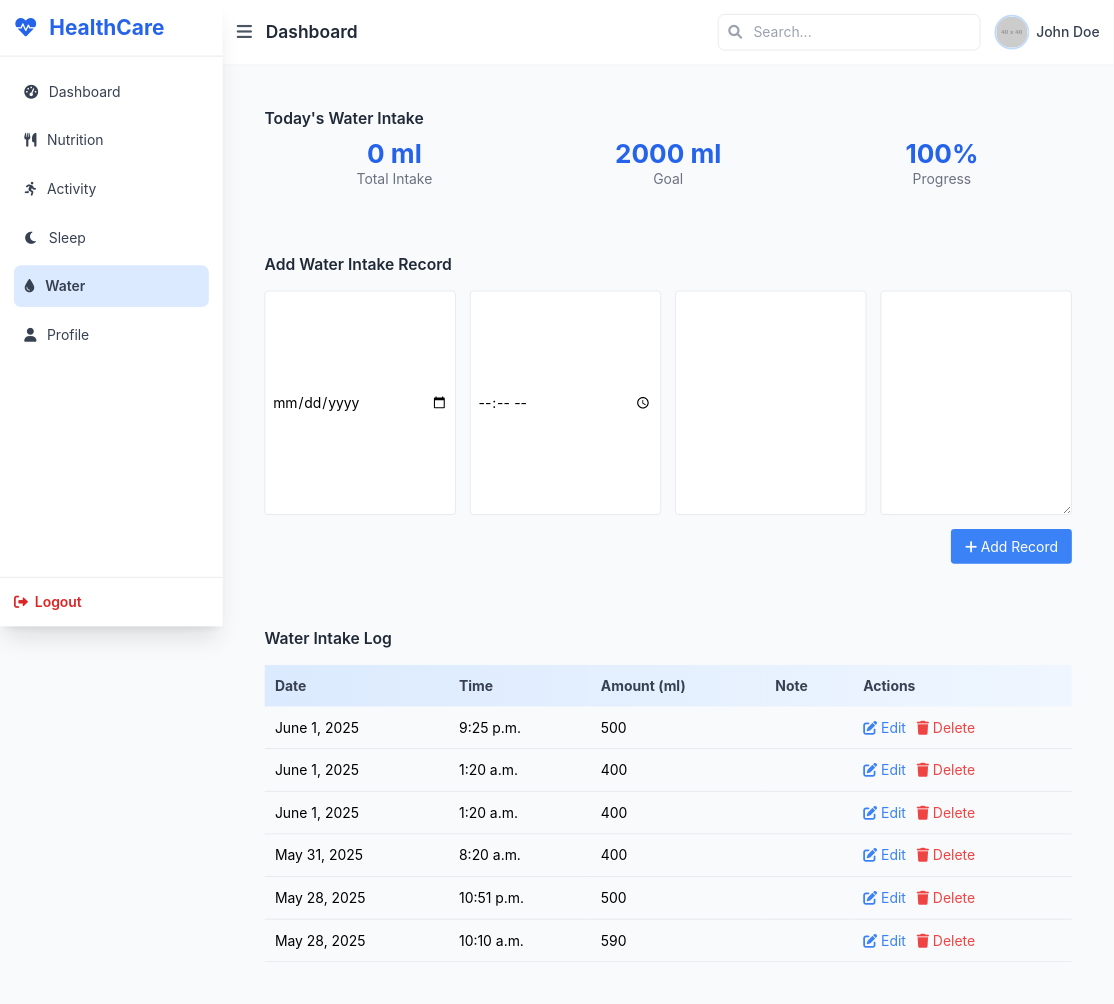
Repository: Khank2104/Khank
Page: http://localhost/water_intake/
The author's editor kept a copy of each file at every save. The page is drawn from the files as they stood at one save, then again after the next save.
The browser window is 1280 px wide. The pictures show the whole page, at 87% of full size.
Some web libraries are served in a nearby version. The page is served by the project's application, run on Django 5.2 (manage.py). The first stored user is signed in. Other server files are loaded and not shown. The page reads the database file committed with the project.

Above is the page before, as saved 2025-05-18 15:05:37.

### main/templatetags/form_filters.py
from django import template

register = template.Library()

@register.filter(name='add_class')
def add_class(field, css_class):
    try:
        return field.as_widget(attrs={"class": css_class})
    except AttributeError:
        return field  # fallback nếu field không có .as_widget

### main/templates/main/water_intake.html
{% extends 'main/base.html' %}
{% load form_filters %}
{% block title %}Nước uống{% endblock %}

{% block content %}
<!-- Tổng nước uống hôm nay -->
<div class="card p-6 rounded-lg mb-6">
    <h3 class="text-lg font-semibold text-gray-800 mb-2">Today's Water Intake</h3>
    <div class="grid grid-cols-2 md:grid-cols-3 text-center gap-4">
        <div>
            <p class="text-3xl font-bold text-blue-600">{{ total_today }} ml</p>
            <p class="text-gray-500">Total Intake</p>
        </div>
        <div>
            <p class="text-3xl font-bold text-blue-600">{{ goal_ml }} ml</p>
            <p class="text-gray-500">Goal</p>
        </div>
        <div>
            <p class="text-3xl font-bold text-blue-600">{{ total_today|divisibleby:goal_ml|yesno:"100,0" }}%</p>
            <p class="text-gray-500">Progress</p>
        </div>
    </div>
</div>

<!-- Add Water Intake Form -->
<div class="card p-6 rounded-lg mb-6">
    <h3 class="text-lg font-semibold text-gray-800 mb-4">Add Water Intake Record</h3>
    <form method="POST" class="grid grid-cols-1 md:grid-cols-4 gap-4">
        {% csrf_token %}
        {{ form.date|add_class:"w-full p-2 border rounded" }}
        {{ form.time|add_class:"w-full p-2 border rounded" }}
        {{ form.amount_ml|add_class:"w-full p-2 border rounded" }}
        {{ form.note|add_class:"w-full p-2 border rounded" }}
        <div class="md:col-span-4 flex justify-end">
            <button type="submit" class="bg-blue-500 text-white px-4 py-2 rounded hover:bg-blue-600">
                <i class="fas fa-plus mr-1"></i>Add Record
            </button>
        </div>
    </form>
</div>

<!-- Water Intake Log -->
<div class="card p-6 rounded-lg">
    <h3 class="text-lg font-semibold text-gray-800 mb-4">Water Intake Log</h3>
    <div class="overflow-x-auto">
        <table class="w-full text-left">
            <thead class="bg-gradient-to-r from-blue-100 to-blue-50">
                <tr>
                    <th class="p-3 text-gray-700">Date</th>
                    <th class="p-3 text-gray-700">Time</th>
                    <th class="p-3 text-gray-700">Amount (ml)</th>
                    <th class="p-3 text-gray-700">Note</th>
                    <th class="p-3 text-gray-700">Actions</th>
                </tr>
            </thead>
            <tbody>
                {% for entry in entries %}
                <tr class="border-b">
                    <td class="p-3">{{ entry.date }}</td>
                    <td class="p-3">{{ entry.time }}</td>
                    <td class="p-3">{{ entry.amount_ml }}</td>
                    <td class="p-3">{{ entry.note }}</td>
                    <td class="p-3">
                        <a href="{% url 'edit_water' entry.id %}" class="text-blue-500 hover:text-blue-700 mr-2">
                            <i class="fas fa-edit"></i> Edit</a>
                        <a href="{% url 'delete_water' entry.id %}" class="text-red-500 hover:text-red-700">
                            <i class="fas fa-trash"></i> Delete</a>
                    </td>
                </tr>
                {% empty %}
                <tr><td colspan="5" class="p-3 text-gray-500">No records found.</td></tr>
                {% endfor %}
            </tbody>
        </table>
    </div>
</div>

{% endblock %}

### accounts/models.py
from django.contrib.auth.models import AbstractUser
from django.db import models

class User(AbstractUser):
    email = models.EmailField(unique=True)

    USERNAME_FIELD = 'email'
    REQUIRED_FIELDS = ['username']

    date_of_birth = models.DateField(null=True, blank=True)
    height_cm = models.FloatField(null=True, blank=True)
    weight_kg = models.FloatField(null=True, blank=True)
    gender = models.CharField(
        max_length=10,
        choices=[('male', 'Nam'), ('female', 'Nữ')],
        null=True,
        blank=True
    )

    @property
    def bmi(self):
        if self.height_cm and self.weight_kg:
            height_m = self.height_cm / 100
            return round(self.weight_kg / (height_m ** 2), 1)
        return None

### hydration/forms.py
from django import forms
from .models import WaterIntake

class WaterIntakeForm(forms.ModelForm):
    class Meta:
        model = WaterIntake
        fields = ['date', 'time', 'amount_ml', 'note']
        widgets = {
            'date': forms.DateInput(attrs={'type': 'date'}),
            'time': forms.TimeInput(attrs={'type': 'time'}),
        }

### hydration/models.py
from django.db import models
from django.conf import settings

class WaterIntake(models.Model):
    user = models.ForeignKey(settings.AUTH_USER_MODEL, on_delete=models.CASCADE)
    date = models.DateField()
    time = models.TimeField()
    amount_ml = models.PositiveIntegerField()
    note = models.TextField(blank=True)

    def __str__(self):
        return f"{self.user.email} - {self.date} {self.time} - {self.amount_ml}ml"

### healthcare/urls.py
"""
URL configuration for healthcare project.

The `urlpatterns` list routes URLs to views. For more information please see:
    https://docs.djangoproject.com/en/5.2/topics/http/urls/
Examples:
Function views
    1. Add an import:  from my_app import views
    2. Add a URL to urlpatterns:  path('', views.home, name='home')
Class-based views
    1. Add an import:  from other_app.views import Home
    2. Add a URL to urlpatterns:  path('', Home.as_view(), name='home')
Including another URLconf
    1. Import the include() function: from django.urls import include, path
    2. Add a URL to urlpatterns:  path('blog/', include('blog.urls'))
"""

from django.contrib import admin
from django.urls import path, include


urlpatterns = [
    path('', include('main.urls')),  # Điều hướng chính
    path('admin/', admin.site.urls),

]

### main/urls.py
from django.urls import path
from . import views

from django.urls import path
from . import views
from django.contrib.auth.views import LogoutView
urlpatterns = [
    path('', views.dashboard, name='dashboard'),  # Trang mặc định sau đăng nhập
    path('index/', views.index, name='index'),    # Trang landing (giới thiệu, landing page)
    path('activity/', views.activity, name='activity'),
    path('generate_meal_plan/', views.generate_meal_plan, name='generate_meal_plan'),
    path('generate_exercises/', views.generate_exercises, name='generate_exercises'),
    path('nutrition/', views.nutrition, name='nutrition'),
    path('sleep/', views.sleep, name='sleep'),
    path('water_intake/', views.water_intake, name='water_intake'),
    path('profile/', views.profile, name='profile'),
    path('authenticate/', views.authenticate_view, name='authenticate'),
    path('about/', views.about, name='about'),
    path('service/', views.service, name='service'),
    path('contact/', views.contact, name='contact'),
     path('logout/', LogoutView.as_view(next_page='/authenticate/'), name='logout'),
     path('signup/', views.signup_view, name='signup'),
    path('save_plan/', views.save_meal_plan, name='save_meal_plan'),
    path('nutrition/edit/<int:entry_id>/', views.edit_food_entry, name='edit_food_entry'),
    path('nutrition/delete/<int:entry_id>/', views.delete_food_entry, name='delete_food_entry'),
    path('save_exercise_plan/', views.save_exercise_plan, name='save_exercise_plan'),
    path('activity/edit/<int:activity_id>/', views.edit_activity, name='edit_activity'),
    path('activity/delete/<int:activity_id>/', views.delete_activity, name='delete_activity'),
    path('sleep/edit/<int:pk>/', views.edit_sleep, name='edit_sleep'),
    path('sleep/delete/<int:pk>/', views.delete_sleep, name='delete_sleep'),
    path('edit/<int:pk>/', views.edit_water_intake, name='edit_water'),
    path('delete/<int:pk>/', views.delete_water_intake, name='delete_water'),
]

### nutrition/forms.py
from django import forms
from .models import FoodEntry

GOAL_CHOICES = [
    ('weight_loss', 'Weight Loss'),
    ('muscle_gain', 'Muscle Gain'),
    ('maintenance', 'Maintenance'),
    ('energy', 'Improve Energy'),
]

class GoalSelectionForm(forms.Form):
    goal_type = forms.ChoiceField(choices=GOAL_CHOICES, label='Health Goal')

    # Các trường còn lại để readonly (không required)
    calorie_target = forms.IntegerField(label='Daily Calorie Target (kcal)', required=False)
    carbs = forms.IntegerField(label='Carbohydrates (g)', required=False)
    protein = forms.IntegerField(label='Protein (g)', required=False)
    fat = forms.IntegerField(label='Fat (g)', required=False)


class FoodEntryForm(forms.ModelForm):
    class Meta:
        model = FoodEntry
        fields = ['meal_type', 'food_name', 'calories', 'carbs', 'protein', 'fat', 'date']
        widgets = {
            'date': forms.DateInput(attrs={'type': 'date'}),
            'meal_type': forms.Select(attrs={'class': 'w-full p-2 border rounded'}),
            'food_name': forms.TextInput(attrs={'class': 'w-full p-2 border rounded'}),
            'calories': forms.NumberInput(attrs={'class': 'w-full p-2 border rounded'}),
            'carbs': forms.NumberInput(attrs={'class': 'w-full p-2 border rounded'}),
            'protein': forms.NumberInput(attrs={'class': 'w-full p-2 border rounded'}),
            'fat': forms.NumberInput(attrs={'class': 'w-full p-2 border rounded'}),
        }

### main/static/css/styles.css
body {
    font-family: "Inter", sans-serif;
}

.sidebar {
    transition: transform 0.3s ease;
    transform: translateX(0);
}

.sidebar-hidden {
    transform: translateX(-100%);
}

.main-content {
    transition: margin-left 0.3s ease;
}

.nutrition-chart-container {
    position: relative;
    height: 200px;
    width: 200px;
}

.card {
    transition: transform 0.3s ease, box-shadow 0.3s ease;
}

.card:hover {
    transform: translateY(-5px);
    box-shadow: 0 10px 20px rgba(0, 0, 0, 0.1);
}

.gradient-bg {
    background: linear-gradient(135deg, #3b82f6, #60a5fa);
}
.progress-circle {
    position: relative;
    width: 120px;
    height: 120px;
    margin: 0 auto;
}
.progress-circle svg {
    transform: rotate(-90deg);
}
.progress-circle .circle-bg {
    fill: none;
    stroke: #e5e7eb;
    stroke-width: 10;
}
.progress-circle .circle {
    fill: none;
    stroke: #38bdf8;
    stroke-width: 10;
    stroke-linecap: round;
    stroke-dasharray: 314;
    stroke-dashoffset: 0;
    transition: stroke-dashoffset 0.5s ease;
}
.progress-circle .text {
    position: absolute;
    top: 50%;
    left: 50%;
    transform: translate(-50%, -50%);
    font-size: 1.5rem;
    font-weight: bold;
    color: #1e40af;
}
@media (max-width: 768px) {
    .sidebar {
        transform: translateX(-100%);
    }

    .sidebar-hidden {
        transform: translateX(-100%);
    }

    .sidebar:not(.sidebar-hidden) {
        transform: translateX(0);
    }

    .main-content {
        margin-left: 0 !important;
    }
}

.chart-container {
    position: relative;
    height: 300px;
}

### db.sqlite3 (the tables this page reads, as SQL)
CREATE TABLE "accounts_user" ("id" integer NOT NULL PRIMARY KEY AUTOINCREMENT, "password" varchar(128) NOT NULL, "last_login" datetime NULL, "is_superuser" bool NOT NULL, "username" varchar(150) NOT NULL UNIQUE, "first_name" varchar(150) NOT NULL, "last_name" varchar(150) NOT NULL, "is_staff" bool NOT NULL, "is_active" bool NOT NULL, "date_joined" datetime NOT NULL, "date_of_birth" date NULL, "height_cm" real NULL, "weight_kg" real NULL, "gender" varchar(10) NULL, "email" varchar(254) NOT NULL UNIQUE, "last_weight_update" date NULL);
INSERT INTO "accounts_user" VALUES
(1, 'pbkdf2_sha256$1000000$89Nfag4CzvaoSIYnkGKqeh$k6QK25u3SlKRuifElngOElyH8S2tV/NwaGY9JKVfLUc=', '2025-06-03 11:11:44.468077', 1, 'admin', 'admin', 'admin', 1, 1, '2025-05-17 06:22:47.186972', '1994-12-12', 170.0, 70.0, 'male', 'admin@gmail.com', NULL),
(2, 'pbkdf2_sha256$1000000$KhZjVpHFrdMJ07XPteB4bX$SYqnBSLvU8hlZeWscY4M6WAyuxn2LRkAWmxr7Bxdqc8=', '2025-05-18 16:00:04.813906', 0, 'khanh', 'nguyen', 'Khanh', 0, 1, '2025-05-17 20:26:37.598070', '1994-12-12', 170.0, 60.0, 'male', 'khanh@gmail.com', NULL),
(3, 'pbkdf2_sha256$1000000$isnIHZgWomAYekvJXPzwIb$olWZcaqmkukywDyD0G8BSDYcML+y1iff+F+SE7zy7ng=', '2025-05-18 15:08:22.650568', 0, 'hung', 'hung', 'hung', 0, 1, '2025-05-18 15:08:21.751547', '2002-09-10', 170.0, 60.0, 'male', 'hung@gmail.com', NULL),
(4, 'pbkdf2_sha256$1000000$DYlPa6VoLDIWjPlEWTdr8Z$yGGaOo86K16G++DEyGq3MrLTWD8nsj6julzhztAUZmU=', '2025-05-18 15:21:08.871498', 0, 'tin', 'tin', 'nguyen', 0, 1, '2025-05-18 15:19:35.423499', '1991-09-10', 170.0, 70.0, 'male', 'tin@gmail.com', NULL),
(5, 'pbkdf2_sha256$1000000$pNa38njcJTdTWCqLpasV3G$bJluGPZ1ZHa/AOC56Yk7O0zsc6+lITcqc88lK7fI2c4=', '2025-05-18 15:44:30.583935', 0, 'khang', 'khang', 'nguyen', 0, 1, '2025-05-18 15:44:30.169527', '2001-09-02', 170.0, 56.0, 'male', 'khang@gmail.com', NULL),
(6, 'pbkdf2_sha256$1000000$NbDcqMi72pvjHB5sd7FEVR$q1yT0kZJN3+p1ukOy7WRVtTV/iO4J1Imh+5xgd1GNaM=', '2025-06-03 13:42:24.536930', 0, 'Khank', 'khánh', 'Nguyễn', 0, 1, '2025-05-18 16:45:23.822279', '2004-04-21', 170.0, 55.0, 'male', 'nnkhanh159@gmail.com', NULL),
(7, 'pbkdf2_sha256$1000000$wLqZVnfa3k81ZQL3SsTair$b0bxNBgp3Bhz3RqxZYlHQ+4kH7gkseEq018ek/YBdII=', '2025-05-20 01:47:28.976001', 0, 'tinthanh', 'tin', 'thanh', 0, 1, '2025-05-20 01:47:28.621010', '2004-09-22', 170.0, 70.0, 'male', 'tin123@gmail.com', NULL),
(8, 'pbkdf2_sha256$1000000$iGPZXDTAW8CunOpDd9vVkm$S5uflzA96nnqsNGCf9YZTrtJJbj04XZh+NLf4Ai6Izo=', '2025-05-20 02:45:31.633477', 0, 'khank', 'khank', 'nguyen', 0, 1, '2025-05-20 02:45:31.288118', '2004-04-21', 170.0, 54.5, 'male', 'khank@gmail.com', '2025-05-21'),
(9, 'pbkdf2_sha256$1000000$QVzsIC1WBJaD9UzpYBIn8K$rbTf++F5mdUwlg+DKRIK5Enkx3OsfMNbR+7JjFZl5I0=', '2025-05-29 04:02:34.226480', 0, 'huy', 'huy', 'quoc', 0, 1, '2025-05-29 04:02:33.839614', '2004-04-21', 170.0, 60.0, 'male', 'huy123@gmail.com', NULL),
(10, 'pbkdf2_sha256$1000000$3MQpEpOBe8k78pY6Vy3bUM$3qCZ6ebsplyrCR1flrw4XzSo3qJNKCwkjLN8YU55sHA=', '2025-05-31 11:05:36.220812', 0, 'test', 'test', 'test', 0, 1, '2025-05-31 11:05:35.859565', '2004-05-22', 165.0, 50.0, 'female', 'test@gmail.com', NULL),
(11, 'pbkdf2_sha256$1000000$mFSsqaq53FSsXIZM0Cy7ZI$lzaSADGixIpagGp6rpWhEgRo49uzfvPC1r6OdgBA2IA=', '2025-05-31 18:30:31.372236', 0, 'demo', 'demo', 'doan', 0, 1, '2025-05-31 18:02:59.310563', '2004-06-22', 180.0, 60.0, 'male', 'demo@gmail.com', NULL);

CREATE TABLE "hydration_waterintake" ("id" integer NOT NULL PRIMARY KEY AUTOINCREMENT, "date" date NOT NULL, "time" time NOT NULL, "amount_ml" integer unsigned NOT NULL CHECK ("amount_ml" >= 0), "note" text NOT NULL, "user_id" bigint NOT NULL REFERENCES "accounts_user" ("id") DEFERRABLE INITIALLY DEFERRED);
INSERT INTO "hydration_waterintake" VALUES
(1, '2025-05-18', '12:12:00', 200, 'good', 2),
(2, '2025-05-18', '18:13:00', 100, '12', 2),
(3, '2025-05-18', '04:05:00', 120, 'Good', 2),
(4, '2025-05-18', '12:30:00', 150, 'nước', 4),
(6, '2025-05-19', '07:05:00', 250, '', 6),
(7, '2025-05-19', '08:44:00', 500, '', 6),
(8, '2025-05-19', '09:30:00', 500, '', 6),
(9, '2025-05-20', '07:05:00', 500, '', 8),
(10, '2025-05-20', '10:53:00', 350, '', 8),
(11, '2025-05-21', '08:07:00', 250, '', 8),
(12, '2025-05-21', '09:17:00', 500, '', 8),
(13, '2025-05-26', '11:20:00', 300, '', 6),
(14, '2025-05-26', '00:20:00', 500, '', 6),
(15, '2025-05-26', '00:33:00', 400, '', 6),
(16, '2025-05-27', '07:07:00', 350, '', 6),
(17, '2025-05-28', '07:25:00', 300, '', 6),
(18, '2025-05-28', '08:30:00', 400, '', 6),
(19, '2025-05-28', '09:30:00', 300, '', 6),
(20, '2025-05-28', '10:30:00', 400, '', 6),
(21, '2025-05-28', '11:30:00', 500, '', 6),
(22, '2025-05-28', '16:19:00', 100, '', 6),
(23, '2025-05-28', '10:10:00', 590, '', 1),
(24, '2025-05-28', '22:51:00', 500, '', 1),
(25, '2025-05-31', '06:55:00', 500, 'uống nhiều nước', 6),
(26, '2025-05-31', '09:56:00', 300, '', 6),
(30, '2025-05-31', '05:10:00', 300, '', 6),
(31, '2025-05-31', '00:12:00', 500, '', 6),
(32, '2025-06-01', '01:06:00', 400, '', 6),
(33, '2025-06-01', '01:10:00', 200, '', 6),
(34, '2025-05-31', '08:20:00', 400, '', 1),
(35, '2025-06-01', '01:20:00', 400, '', 1),
(36, '2025-06-01', '01:20:00', 400, '', 1),
(38, '2025-05-31', '01:24:00', 500, '', 11),
(39, '2025-06-01', '01:30:00', 500, '', 11),
(40, '2025-06-01', '08:49:00', 500, '', 6),
(41, '2025-06-01', '21:25:00', 500, '', 1),
(42, '2025-06-03', '08:48:00', 500, '', 6),
(43, '2025-06-03', '09:52:00', 500, '', 6);

Loaded but not shown: main/static/js/main.js (26 lines, source omitted); main/views.py (569 lines, source omitted); main/templates/main/base.html (111 lines, source omitted)

After the next save:
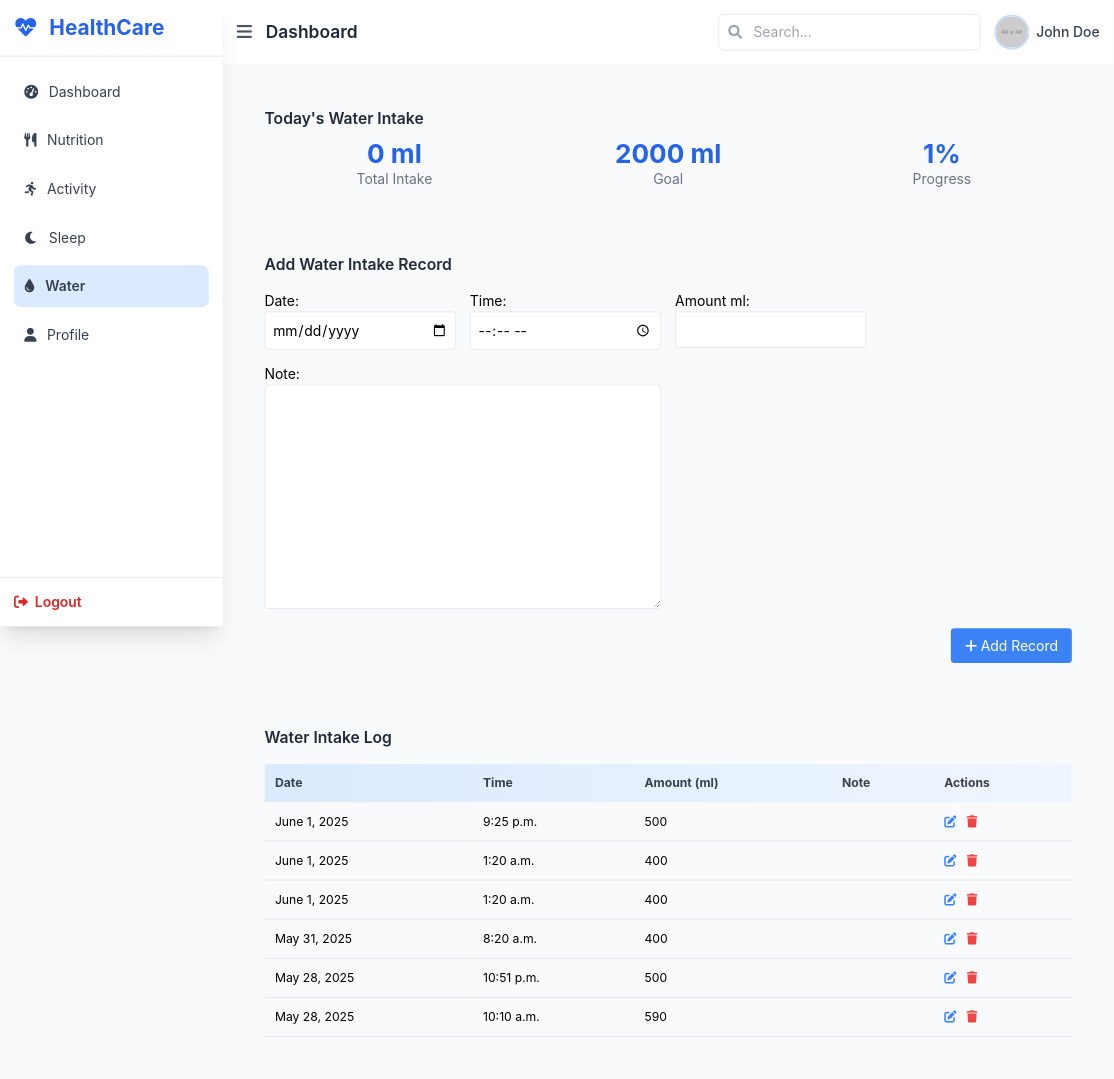
Saved 5 min 5 s later.
--- a/main/templates/main/water_intake.html
+++ b/main/templates/main/water_intake.html
@@ -3,76 +3,94 @@
 {% block title %}Nước uống{% endblock %}
 
 {% block content %}
-<!-- Tổng nước uống hôm nay -->
+
+<!-- Summary Section -->
 <div class="card p-6 rounded-lg mb-6">
-    <h3 class="text-lg font-semibold text-gray-800 mb-2">Today's Water Intake</h3>
-    <div class="grid grid-cols-2 md:grid-cols-3 text-center gap-4">
-        <div>
-            <p class="text-3xl font-bold text-blue-600">{{ total_today }} ml</p>
-            <p class="text-gray-500">Total Intake</p>
-        </div>
-        <div>
-            <p class="text-3xl font-bold text-blue-600">{{ goal_ml }} ml</p>
-            <p class="text-gray-500">Goal</p>
-        </div>
-        <div>
-            <p class="text-3xl font-bold text-blue-600">{{ total_today|divisibleby:goal_ml|yesno:"100,0" }}%</p>
-            <p class="text-gray-500">Progress</p>
-        </div>
-    </div>
+  <h3 class="text-lg font-semibold text-gray-800 mb-2">Today's Water Intake</h3>
+  <div class="grid grid-cols-1 md:grid-cols-3 text-center gap-4">
+      <div>
+          <p class="text-3xl font-bold text-blue-600">{{ total_today }} ml</p>
+          <p class="text-gray-500">Total Intake</p>
+      </div>
+      <div>
+          <p class="text-3xl font-bold text-blue-600">{{ goal_ml }} ml</p>
+          <p class="text-gray-500">Goal</p>
+      </div>
+      <div>
+          {% with percent=total_today|divisibleby:goal_ml|yesno:"100,0" %}
+          <p class="text-3xl font-bold text-blue-600">
+              {{ total_today|floatformat:0|divisibleby:goal_ml|floatformat:0 }}%</p>
+          {% endwith %}
+          <p class="text-gray-500">Progress</p>
+      </div>
+  </div>
 </div>
 
 <!-- Add Water Intake Form -->
 <div class="card p-6 rounded-lg mb-6">
-    <h3 class="text-lg font-semibold text-gray-800 mb-4">Add Water Intake Record</h3>
-    <form method="POST" class="grid grid-cols-1 md:grid-cols-4 gap-4">
-        {% csrf_token %}
+  <h3 class="text-lg font-semibold text-gray-800 mb-4">Add Water Intake Record</h3>
+  <form method="POST" class="grid grid-cols-1 md:grid-cols-4 gap-4">
+      {% csrf_token %}
+      <div>
+        {{ form.date.label_tag }}
         {{ form.date|add_class:"w-full p-2 border rounded" }}
+      </div>
+      <div>
+        {{ form.time.label_tag }}
         {{ form.time|add_class:"w-full p-2 border rounded" }}
+      </div>
+      <div>
+        {{ form.amount_ml.label_tag }}
         {{ form.amount_ml|add_class:"w-full p-2 border rounded" }}
+      </div>
+      <div class="md:col-span-2">
+        {{ form.note.label_tag }}
         {{ form.note|add_class:"w-full p-2 border rounded" }}
-        <div class="md:col-span-4 flex justify-end">
-            <button type="submit" class="bg-blue-500 text-white px-4 py-2 rounded hover:bg-blue-600">
-                <i class="fas fa-plus mr-1"></i>Add Record
-            </button>
-        </div>
-    </form>
+      </div>
+      <div class="md:col-span-4 flex justify-end">
+          <button type="submit" class="bg-blue-500 text-white px-4 py-2 rounded hover:bg-blue-600">
+              <i class="fas fa-plus mr-1"></i>Add Record
+          </button>
+      </div>
+  </form>
 </div>
 
-<!-- Water Intake Log -->
+<!-- Log Table -->
 <div class="card p-6 rounded-lg">
-    <h3 class="text-lg font-semibold text-gray-800 mb-4">Water Intake Log</h3>
-    <div class="overflow-x-auto">
-        <table class="w-full text-left">
-            <thead class="bg-gradient-to-r from-blue-100 to-blue-50">
-                <tr>
-                    <th class="p-3 text-gray-700">Date</th>
-                    <th class="p-3 text-gray-700">Time</th>
-                    <th class="p-3 text-gray-700">Amount (ml)</th>
-                    <th class="p-3 text-gray-700">Note</th>
-                    <th class="p-3 text-gray-700">Actions</th>
-                </tr>
-            </thead>
-            <tbody>
-                {% for entry in entries %}
-                <tr class="border-b">
-                    <td class="p-3">{{ entry.date }}</td>
-                    <td class="p-3">{{ entry.time }}</td>
-                    <td class="p-3">{{ entry.amount_ml }}</td>
-                    <td class="p-3">{{ entry.note }}</td>
-                    <td class="p-3">
-                        <a href="{% url 'edit_water' entry.id %}" class="text-blue-500 hover:text-blue-700 mr-2">
-                            <i class="fas fa-edit"></i> Edit</a>
-                        <a href="{% url 'delete_water' entry.id %}" class="text-red-500 hover:text-red-700">
-                            <i class="fas fa-trash"></i> Delete</a>
-                    </td>
-                </tr>
-                {% empty %}
-                <tr><td colspan="5" class="p-3 text-gray-500">No records found.</td></tr>
-                {% endfor %}
-            </tbody>
-        </table>
-    </div>
+  <h3 class="text-lg font-semibold text-gray-800 mb-4">Water Intake Log</h3>
+  <div class="overflow-x-auto">
+      <table class="w-full text-left text-sm">
+          <thead class="bg-gradient-to-r from-blue-100 to-blue-50 text-gray-700">
+              <tr>
+                  <th class="p-3">Date</th>
+                  <th class="p-3">Time</th>
+                  <th class="p-3">Amount (ml)</th>
+                  <th class="p-3">Note</th>
+                  <th class="p-3">Actions</th>
+              </tr>
+          </thead>
+          <tbody>
+              {% for entry in entries %}
+              <tr class="border-b">
+                  <td class="p-3">{{ entry.date }}</td>
+                  <td class="p-3">{{ entry.time }}</td>
+                  <td class="p-3">{{ entry.amount_ml }}</td>
+                  <td class="p-3">{{ entry.note }}</td>
+                  <td class="p-3">
+                      <a href="{% url 'edit_water' entry.id %}" class="text-blue-500 hover:text-blue-700 mr-2">
+                          <i class="fas fa-edit"></i>
+                      </a>
+                      <a href="{% url 'delete_water' entry.id %}" class="text-red-500 hover:text-red-700">
+                          <i class="fas fa-trash"></i>
+                      </a>
+                  </td>
+              </tr>
+              {% empty %}
+              <tr><td colspan="5" class="p-3 text-gray-500">No water records found.</td></tr>
+              {% endfor %}
+          </tbody>
+      </table>
+  </div>
 </div>
 
 {% endblock %}
